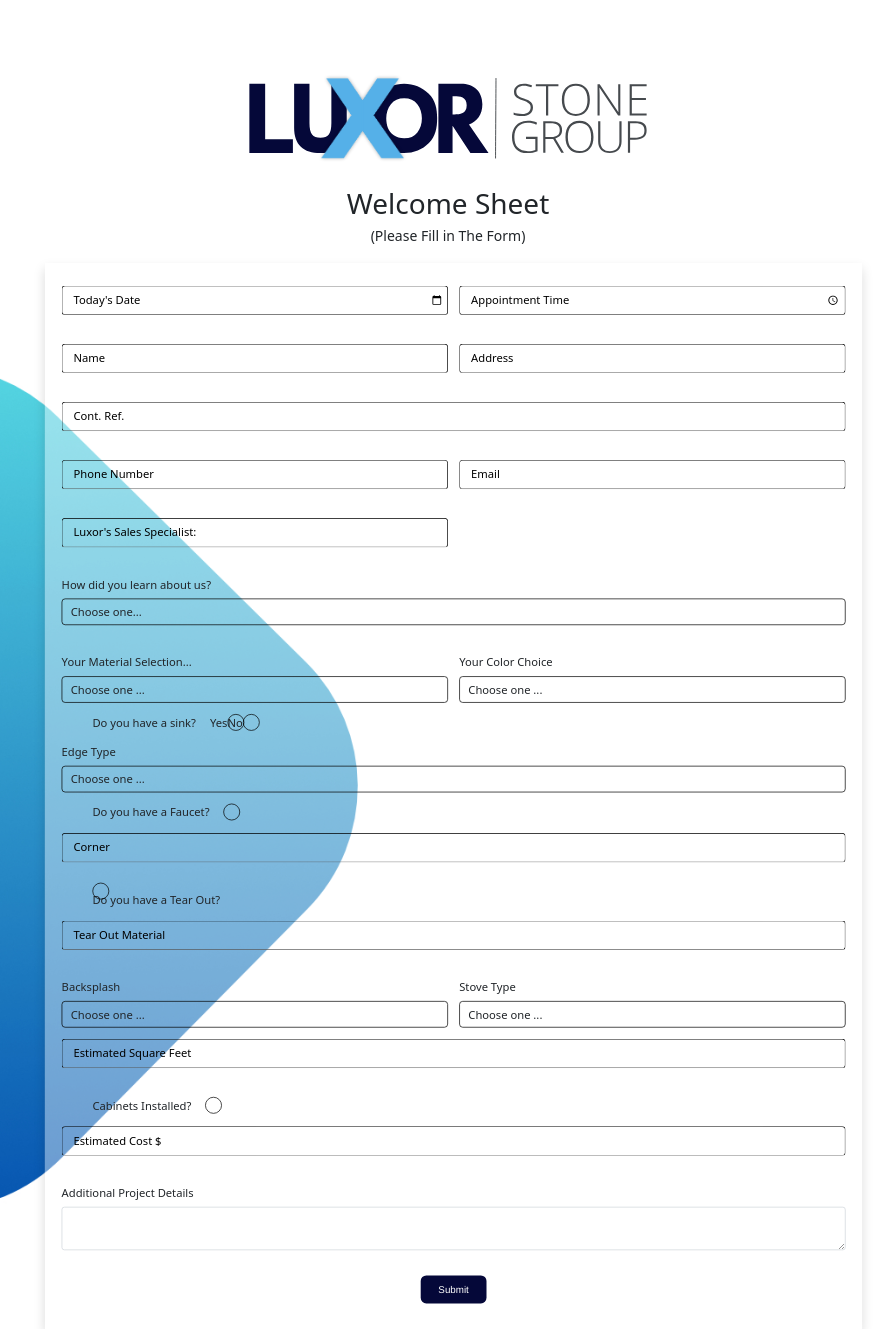
Repository: aya7abbal/Luxor-Customer-Form
Page: index.html
An editor plug-in stored every save of this project. The page is shown before and after the next save, followed by the edit.
The browser window is 1280 px wide. The pictures show the whole page, at 70% of full size.
The style sheet was rebuilt from its Sass, Less or Tailwind sources for each picture, by a compiler version that may differ from the author's.

Above is the page before, as saved 2023-10-22 10:26:28.

After the next save:
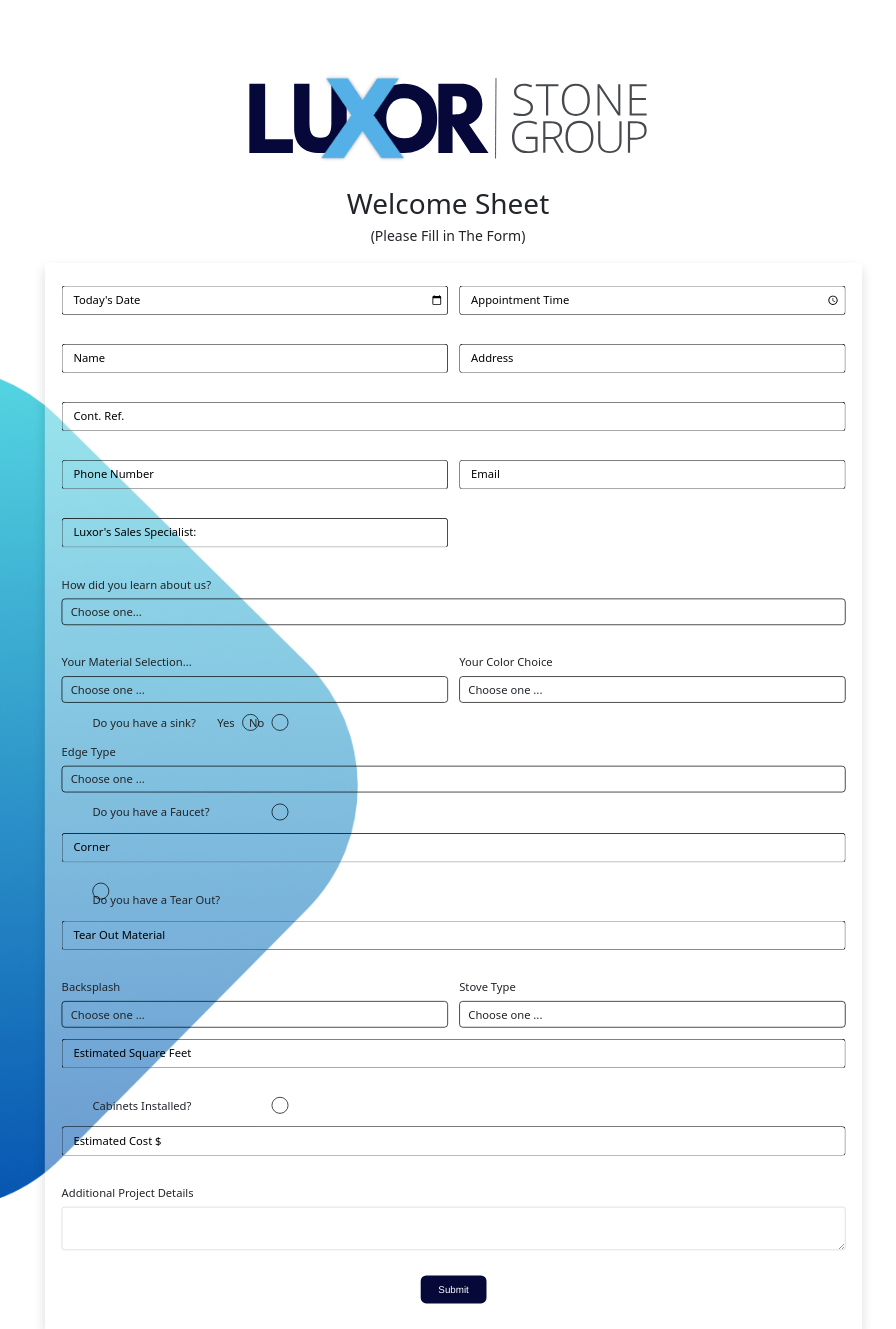
Saved 6 s later.
--- a/Styles/styles.scss
+++ b/Styles/styles.scss
@@ -49,8 +49,8 @@
 
 .form-check {
   display: flex;
-  justify-content: space-between !important;
-  width: fit-content;
+  justify-content: space-between;
+  width: 300px;
   align-items: center;
 }
 .form-check-label {
